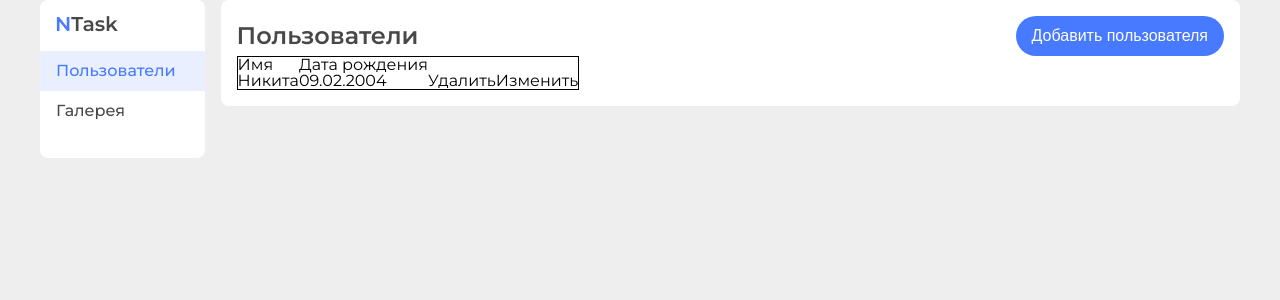
Repository: Grid-Master/NTask
Page: /
These files come from the project's save history. The page is drawn as it stood at one moment and after the next save; the edit follows.
The browser window is 1280 px wide. The pictures show the whole page.
The project was rebuilt for these pictures with package versions that can differ from the ones it lists, and the page was loaded fresh each time.

Above is the page before, as saved 2023-06-04 19:28:05.

### public/index.html
<!DOCTYPE html>
<html lang="en">
  <head>
    <meta charset="utf-8" />
    <link rel="icon" href="%PUBLIC_URL%/favicon.ico" />
    <meta name="viewport" content="width=device-width, initial-scale=1" />
    <meta name="theme-color" content="#000000" />
    <meta name="description" content="Web site created using create-react-app" />
    <link rel="apple-touch-icon" href="%PUBLIC_URL%/logo192.png" />
    <link rel="preconnect" href="https://fonts.googleapis.com" />
    <link rel="preconnect" href="https://fonts.gstatic.com" crossorigin />
    <link
      href="https://fonts.googleapis.com/css2?family=Montserrat:wght@300;400;500;600;700&display=swap"
      rel="stylesheet" />
    <link rel="manifest" href="%PUBLIC_URL%/manifest.json" />
    <title>React App</title>
  </head>
  <body>
    <noscript>You need to enable JavaScript to run this app.</noscript>
    <div id="root"></div>
  </body>
</html>

### src/index.css
html, body, div, span, applet, object, iframe,
h1, h2, h3, h4, h5, h6, p, blockquote, pre,
a, abbr, acronym, address, big, cite, code,
del, dfn, em, img, ins, kbd, q, s, samp,
small, strike, strong, sub, sup, tt, var,
b, u, i, center,
dl, dt, dd, ol, ul, li,
fieldset, form, label, legend,
table, caption, tbody, tfoot, thead, tr, th, td,
article, aside, canvas, details, embed,
figure, figcaption, footer, header, hgroup,
menu, nav, output, ruby, section, summary,
time, mark, audio, video {
	margin: 0;
	padding: 0;
	border: 0;
	font-size: 100%;
	font: inherit;
	vertical-align: baseline;
}
/* HTML5 display-role reset for older browsers */
article, aside, details, figcaption, figure,
footer, header, hgroup, menu, nav, section {
	display: block;
}
body {
	line-height: 1;
}
ol, ul {
	list-style: none;
}
blockquote, q {
	quotes: none;
}
blockquote:before, blockquote:after,
q:before, q:after {
	content: '';
	content: none;
}
table {
	border-collapse: collapse;
	border-spacing: 0;
}
body {
  margin: 0;
  font-family: Montserrat;
  background: #EEEEEE;
  max-width: 1200px;
  margin: 0 auto;

}

code {
  font-family: source-code-pro, Menlo, Monaco, Consolas, 'Courier New',
    monospace;
}

### src/App.tsx
import './App.css';
import Navbar from './components/navabar/Navbar';
import UserList from './components/userList/UserList';

function App() {
  return (
    <div className="App">
      <Navbar />
      <UserList />
    </div>
  );
}

export default App;

### src/App.css
.App {
  display: flex;
  align-items:start;
  gap: 16px;
}

### src/components/navabar/Navbar.tsx
import { FC } from 'react';
import './navbar.sass';
const logo = require('../../images/logo.png');

const Navbar: FC = () => {
  return (
    <div className="navbar">
      <div className="navbar__imagecontainer">
        <img src={logo} alt="logo" />
      </div>
      <div className="navbar__item navbar__active">Пользователи</div>
      <div className="navbar__item">Галерея</div>
    </div>
  );
};

export default Navbar;

### src/components/userList/UserList.tsx
import React, { FC } from 'react';
import './userList.sass';

const UserList: FC = () => {
  return (
    <div className="userList">
      <div>
        <h1 className="userList__title">Пользователи</h1>
        <button className="userList__addUserBtn">Добавить пользователя</button>
      </div>
      <table className="userList__table">
        <tr>
          <td>Имя</td>
          <td>Дата рождения</td>
          <td></td>
          <td></td>
        </tr>
        <tr>
          <td>Никита</td>
          <td>09.02.2004</td>
          <td>Удалить</td>
          <td>Изменить</td>
        </tr>
      </table>
    </div>
  );
};

export default UserList;

### src/components/navabar/navbar.sass
.navbar
    width: 200px
    height: 158px
    background: #FFFFFF
    border-radius: 8px
    &__imagecontainer
        padding: 16px 0
        margin-left: 16px
    &__item
        padding: 8px 16px
        cursor: pointer
        font-weight: 500
        font-size: 16px
        line-height: 150%
        color: #484848
    &__active
        background: #E9EFFF
        color: #477AFF

### src/components/userList/userList.sass
.userList
    width: 100%
    background: #FFFFFF
    border-radius: 8px
    padding: 16px
    >div
        display: flex
        align-items: center
        justify-content: space-between
    &__title
        font-weight: 600
        font-size: 24px
        line-height: 150%
        color: #484848
    &__addUserBtn
        font-weight: 500
        font-size: 16px
        line-height: 100%
        color: #FFFFFF
        background: #477AFF
        border-radius: 20px
        padding: 12px 16px
        border: none
        outline: none
        cursor: pointer
        transition: .3s
        &:hover
            opacity: .8
    &__table
        border: 1px solid
        border-collapse: collapse

Loaded but not shown: src/index.tsx (common file)

After the next save:
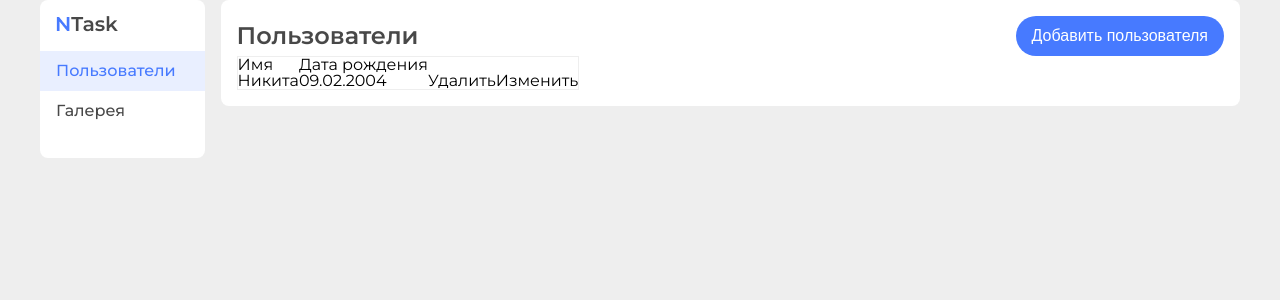
Saved 60 s later.
--- a/src/components/userList/userList.sass
+++ b/src/components/userList/userList.sass
@@ -27,5 +27,5 @@
         &:hover
             opacity: .8
     &__table
-        border: 1px solid
+        border: 1px solid #EEEEEE
         border-collapse: collapse
